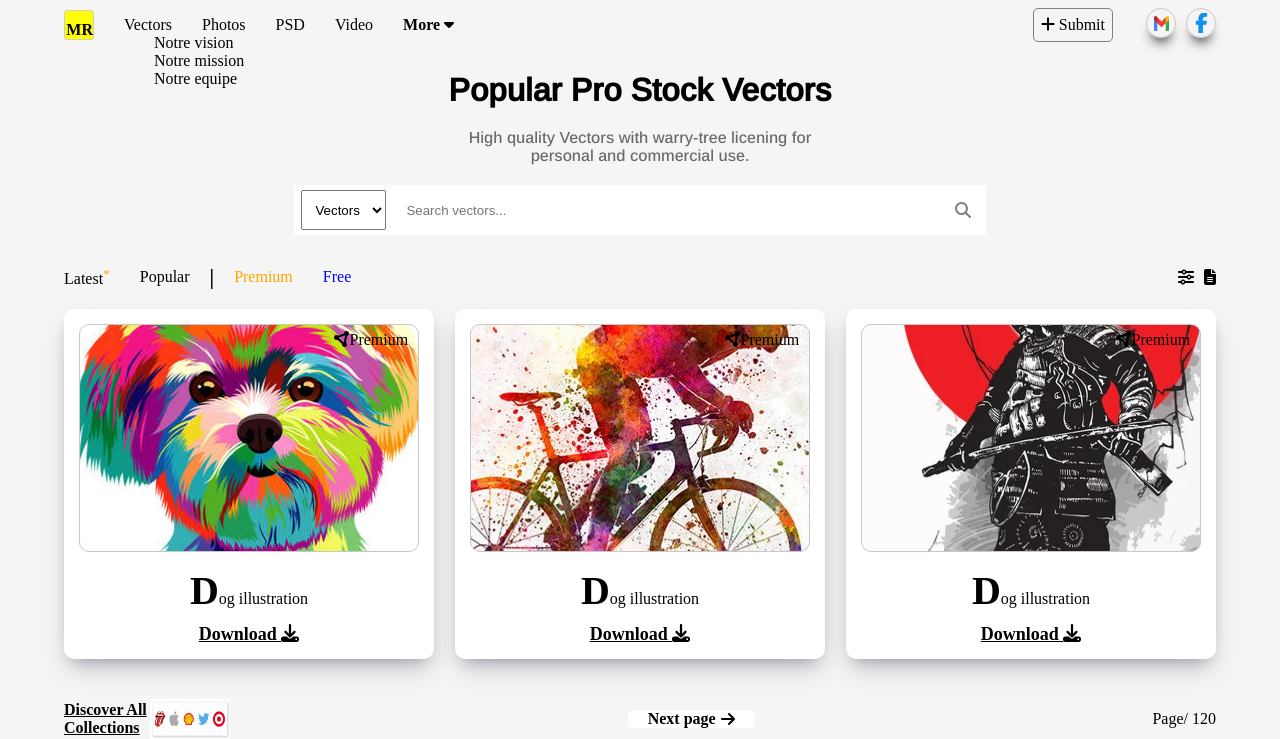
Repository: kegbaDev/VectorTemplate
Page: /
An editor plug-in stored every save of this project. The page is shown before and after a run of saves, followed by the edit.
The browser window is 1280 px wide. The pictures show the whole page.
The project was rebuilt for these pictures with package versions that can differ from the ones it lists, and the page was loaded fresh each time. Also part of the build but not shown: vite.config.js.

Above is the page before, as saved 2023-04-14 01:48:13.

### index.html
<!DOCTYPE html>
<html lang="en">
  <head>
    <meta charset="UTF-8" />
    <link rel="icon" href="/favicon.ico" />
    <meta name="viewport" content="width=device-width, initial-scale=1.0" />
    <title>Vite App</title>
  </head>
  <body style="background-color: rgb(245, 245, 245)">
    <div id="app"></div>
    <script type="module" src="/src/main.js"></script>
  </body>
</html>

### src/main.js
import { createApp } from 'vue'
import App from './App.vue'

// fontawesome importation
import '@fortawesome/fontawesome-free/css/all.css'
import '@fortawesome/fontawesome-free/js/all.js'

createApp(App).mount('#app')

### src/App.vue
<template>
<div class="wrapper">
  <div class="navbar">
    <div class="left bounce">
      <div class="logo">MR</div>
      <ul>
        <li>
          Vectors
          <div class="sous_menu">
            <ul class="liens">
              <li class="lien">Notre vision</li>
              <li class="lien">Notre mission</li>
              <li class="lien">Notre equipe</li>
            </ul>
          </div>
        </li>
        <li>Photos</li>
        <li>PSD</li>
        <li>Video</li>
        <li><span class="more" >More</span><i class="fa-solid fa-caret-down"></i></li>
      </ul>
    </div>
    <div class="right">
      <div class="submit">
        <i class="fa-solid fa-plus"></i>
        Submit
      </div>
      <div class="logo_collection">
        <div class="logo_card">
          <img src="./assets/gmail-logo-16.png" alt="google-icon" width="15px" height="15px">
        </div>
        <div class="logo_card">
          <i class="fa-brands fa-facebook-f" style="color: #1191ee; width: 25px;height: 20px;"></i>
        </div>
      </div>
    </div>
  </div>


  <!-- Second component -->


  <div class="text_section">
    <h1 class="title slideInUp">Popular Pro Stock Vectors</h1>
    <p class="paragraph slideInUp">
      High quality Vectors with warry-tree licening for <br>
      personal and commercial use.
    </p>
    <div class="input_card slideInRight">
      <select name="" id="">
        <option value="value1">Vectors</option>
        <option value="value2">Vectors</option>
      </select>
      <input type="text" placeholder="Search vectors... ">
      <i class="fa-solid fa-magnifying-glass" style="color: grey; margin-right: 15px;"></i>
    </div>
  </div>

  <!-- Third component -->

  <div class="row">
    <div class="left-row">
      <ul>
        <li>Latest<sup style="color:orange">*</sup></li>
        <li>Popular</li>
      </ul>
      <span class="pipe">
        |
      </span>
      <ul>
        <li style="color:orange">Premium</li>
        <li style="color:blue">Free</li>
      </ul>
    </div>
    <div class="right-row">
      <i class="fa-solid fa-sliders"></i>
      <i class="fa-solid fa-file-lines"></i>
    </div>
  </div>

  <!-- Fourth component  -->

  <div class="card_content slideInUp">
    <div class="main_card">
      <div class="image_and_text_space">
        <i class="fa-solid fa-circle-nodes"></i>Premium
      </div>
      <p style="margin-bottom: 10px;"><span style="text-transform: uppercase; font-weight: bolder; font-size: 40px;">D</span>og illustration</p>
      <p class="download">Download <i class="fa-solid fa-download"></i></p>
    </div>
    <div class="main_card">
      <div class="image_and_text_space2">
        <i class="fa-solid fa-circle-nodes"></i>Premium
      </div>
      <p style="margin-bottom: 10px;"><span style="text-transform: uppercase; font-weight: bolder; font-size: 40px;">D</span>og illustration</p>
      <p class="download">Download <i class="fa-solid fa-download"></i></p>
    </div>
    <div class="main_card">
      <div class="image_and_text_space3">
        <!-- <img src="./assets/154416(1).svg" width="209px" height="300px" alt=""> -->
        <i class="fa-solid fa-circle-nodes"></i>Premium
      </div>
      <p style="margin-bottom: 10px;"><span style="text-transform: uppercase; font-weight: bolder; font-size: 40px;">D</span>og illustration</p>
      <p class="download">Download <i class="fa-solid fa-download"></i></p>
    </div>
    <!-- <div class="main_card">
      <div class="image_and_text_space">
        Premium
      </div>
      <p>Dog illustration</p>
      <p class="download">Download<i class="fa-solid fa-download"></i></p>
    </div>
    <div class="main_card">
      <div class="image_and_text_space">
        Premium
      </div>
      <p>Dog illustration</p>
      <p class="download">Download<i class="fa-solid fa-download"></i></p>
    </div> -->
  </div>

  <!-- Last component -->
  <div class="last_row">
    <div class="start">
      <div class="part">
        Discover All <br>
        Collections
      </div>
      <img src="./assets/imagesfinal.jpg" alt="" style="width: 80px; height: 40px;">
    </div>
    <div class="between">
      Next page <i class="fa-solid fa-arrow-right"></i>
    </div>
    <div class="end">
      Page/ 120
    </div>
  </div>
</div>




</template>

<script setup>

</script>


<style scoped>
@import url('https://fonts.googleapis.com/css2?family=Arimo:wght@500&display=swap');
.wrapper{
  height: 100vh;
  width: 90vw;
  margin:auto;
}
*{
  padding: 0px;
  margin: 0px;
  box-sizing: border-box;
  /* font-family: 'Arimo', sans-serif; */
}
.left{
  display: flex;
  align-items: center;
}

ul{
  list-style: none;
  display: flex;
  gap: 30px;
  margin-left: 30px;
}
ul li{
  cursor: pointer;
}
.more{
  font-weight: bolder;
  padding-right: 4px;
}
.logo{
  width: 30px;
  height: 30px;
  border: 1px solid rgb(214, 201, 201);
  background-color: yellow;
  font-weight: bolder;
  display: flex;
  justify-content: end;
  align-items: end;
  border-radius: 3px;
  cursor: pointer;
}
.navbar{
  display: flex;
  justify-content: space-between;
}
.right{
  display: flex;
  gap: 3px;
}
.submit{
  border: 1px solid gray;
  padding: 7px;
  margin-right: 30px;
  border-radius: 5px;
  background-color: rgba(234, 233, 233, 0.03);
  cursor: pointer;
  transition: all 400ms ease-in-out;
}
.submit:hover{
  background-color: yellow;
  /* font-weight: bolder; */
  scale: 1.1;
}
.logo_collection{
  display: flex;
  gap: 10px;
}
.logo_card{
  width: 30px;
  height: 30px;
  border: 1px solid black;
  display: flex;
  align-items: center;
  justify-content: center;
  border-radius: 50%;
  border-color: rgb(202, 198, 198);
  -webkit-box-shadow: 0px 10px 13px -7px #000000, -2px -2px 15px 6px rgba(26,17,18,0);
  box-shadow: 0px 10px 13px -7px #000000, -2px -2px 15px 6px rgba(26,17,18,0);
  cursor: pointer;transition: all 300ms ease-in-out;

}
.logo_card:hover{
  -webkit-box-shadow: 0px 10px 13px -7px #000000, -2px -2px 15px 6px rgba(26,17,18,0);
  box-shadow: 0px 10px 13px -7px #000000, -2px -2px 15px 6px rgba(26,17,18,0);
  scale: 1.2;

}

              /* Menu deroulant */
.sous_menu .liens{
  position: absolute;
  display: block;
  background-color: ;
}

              /* Menu deroulant */

/* Second composant */

.text_section{
  margin: 30px auto;
  text-align: center;
}
.title{
  font-family: 'Arimo', sans-serif;
  margin-bottom: 20px;
}
.paragraph{
  font-family: 'Arimo', sans-serif;
  margin-bottom: 20px;
  color: rgb(107, 106, 106);
}
.input_card{
  width: 60%;
  height: 50px;
  background-color: white;
  margin: auto;
  display: flex;
  align-items: center;
  border-radius: 2px;
}
input{
  width: 100%;
  padding-left: 20px;
  border: none;
}
input, select{
  height: 40px;
}
select{
  padding: 9px;
  margin-left: 7px;
}

/* Third component */
.row{
  display: flex;
  justify-content: space-between;
  margin-bottom: 20px;
}
.left-row ul{
  margin: 0px;
  padding: 0px;
  display: flex;
  align-items: center;
}
.left-row, .right-row{
  display: flex;
  align-items: center;
}
.pipe{
  margin: 0px 20px;
}

.pipe{
  font-weight: bolder;
  font-size: 1.3em;
}
.right-row{
  gap: 10px;
}

/* Fourth component */

.card_content{
  display: flex;
  justify-content: space-between;
}
.main_card{
  min-width: 370px;
  min-height: 350px;
  /* border: 1px solid black; */
  border-radius: 10px;
  background-color: white;
  box-shadow: rgba(50, 50, 93, 0.25) 0px 13px 27px -5px, rgba(0, 0, 0, 0.3) 0px 8px 16px -8px;
  padding-bottom: 25px;
  cursor: pointer;
  transition: all 400ms ease-in-out;
}
.main_card:hover{
  scale: 1.02;
}
.main_card p{
  text-align: center;
}
.download{
  font-weight: bolder;
  text-decoration: underline;
  font-size: large;
}
.image_and_text_space{
  padding-top: 6px;
  padding-right: 10px;
  text-align: end;
  height: 70%;
  width: 92%;
  border: 1px solid rgb(201, 199, 199);
  border-radius: 10px;
  margin: 15px auto;
  background-image: url(./assets/chien_color.jpg);
  background-repeat: no-repeat;
  background-position: center;
}
.image_and_text_space2{
  background-image: url(./assets/velo.jpg) !important;
  padding-top: 6px;
  padding-right: 10px;
  text-align: end;
  height: 70%;
  width: 92%;
  border: 1px solid rgb(201, 199, 199);
  border-radius: 10px;
  margin: 15px auto;
  background-repeat: no-repeat;
  background-position: center;
}
.image_and_text_space3{
  background-image: url(./assets/sa.webp) !important;
  padding-top: 6px;
  padding-right: 10px;
  text-align: end;
  height: 70%;
  width: 92%;
  border: 1px solid rgb(201, 199, 199);
  border-radius: 10px;
  margin: 15px auto;
  background-repeat: no-repeat;
  /* object-fit: contain; */
  background-position: center;
}

/* Animation */

.bounce {
  -webkit-animation-name: bounce;
  animation-name: bounce;
  -webkit-transform-origin: center bottom;
  -ms-transform-origin: center bottom;
  transform-origin: center bottom;
  -webkit-animation-duration: 1s;
  animation-duration: 1s;
  -webkit-animation-fill-mode: both;
  animation-fill-mode: both;
  }
  @-webkit-keyframes bounce {
  0%, 20%, 53%, 80%, 100% {
  -webkit-transition-timing-function: cubic-bezier(0.215, 0.610, 0.355, 1.000);
  transition-timing-function: cubic-bezier(0.215, 0.610, 0.355, 1.000);
  -webkit-transform: translate3d(0,0,0);
  transform: translate3d(0,0,0);
  }
  40%, 43% {
  -webkit-transition-timing-function: cubic-bezier(0.755, 0.050, 0.855, 0.060);
  transition-timing-function: cubic-bezier(0.755, 0.050, 0.855, 0.060);
  -webkit-transform: translate3d(0, -30px, 0);
  transform: translate3d(0, -30px, 0);
  }
  70% {
  -webkit-transition-timing-function: cubic-bezier(0.755, 0.050, 0.855, 0.060);
  transition-timing-function: cubic-bezier(0.755, 0.050, 0.855, 0.060);
  -webkit-transform: translate3d(0, -15px, 0);
  transform: translate3d(0, -15px, 0);
  }
  90% {
  -webkit-transform: translate3d(0,-4px,0);
  transform: translate3d(0,-4px,0);
  }
  }

  @keyframes bounce {
  0%, 20%, 53%, 80%, 100% {
  -webkit-transition-timing-function: cubic-bezier(0.215, 0.610, 0.355, 1.000);
  transition-timing-function: cubic-bezier(0.215, 0.610, 0.355, 1.000);
  -webkit-transform: translate3d(0,0,0);
  transform: translate3d(0,0,0);
  }
  40%, 43% {
  -webkit-transition-timing-function: cubic-bezier(0.755, 0.050, 0.855, 0.060);
  transition-timing-function: cubic-bezier(0.755, 0.050, 0.855, 0.060);
  -webkit-transform: translate3d(0, -30px, 0);
  transform: translate3d(0, -30px, 0);
  }
  70% {
  -webkit-transition-timing-function: cubic-bezier(0.755, 0.050, 0.855, 0.060);
  transition-timing-function: cubic-bezier(0.755, 0.050, 0.855, 0.060);
  -webkit-transform: translate3d(0, -15px, 0);
  transform: translate3d(0, -15px, 0);
  }
  90% { -webkit-transform: translate3d(0,-4px,0); transform: translate3d(0,-4px,0);
  }
}
.slideInUp {
  -webkit-animation-name: slideInUp;
  animation-name: slideInUp;
  -webkit-animation-duration: 1s;
  animation-duration: 1s;
  -webkit-animation-fill-mode: both;
  animation-fill-mode: both;
  }
  @-webkit-keyframes slideInUp {
  0% {
  -webkit-transform: translateY(100%);
  transform: translateY(100%);
  visibility: visible;
  }
  100% {
  -webkit-transform: translateY(0);
  transform: translateY(0);
  }
  }
  @keyframes slideInUp {
  0% {
  -webkit-transform: translateY(100%);
  transform: translateY(100%);
  visibility: visible;
  }
  100% {
  -webkit-transform: translateY(0);
  transform: translateY(0);
  }
}

.slideInRight {
  -webkit-animation-name: slideInRight;
  animation-name: slideInRight;
  -webkit-animation-duration: 1s;
  animation-duration: 1s;
  -webkit-animation-fill-mode: both;
  animation-fill-mode: both;
  }
  @-webkit-keyframes slideInRight {
  0% {
  -webkit-transform: translateX(100%);
  transform: translateX(100%);
  visibility: visible;
  }
  100% {
  -webkit-transform: translateX(0);
  transform: translateX(0);
  }
  }
  @keyframes slideInRight {
  0% {
  -webkit-transform: translateX(100%);
  transform: translateX(100%);
  visibility: visible;
  }
  100% {
  -webkit-transform: translateX(0);
  transform: translateX(0);
  }
  }

.slideInUp {
  -webkit-animation-name: slideInUp;
  animation-name: slideInUp;
  -webkit-animation-duration: 1s;
  animation-duration: 1s;
  -webkit-animation-fill-mode: both;
  animation-fill-mode: both;
  }
  @-webkit-keyframes slideInUp {
  0% {
  -webkit-transform: translateY(100%);
  transform: translateY(100%);
  visibility: visible;
  }
  100% {
  -webkit-transform: translateY(0);
  transform: translateY(0);
  }
  }
  @keyframes slideInUp {
  0% {
  -webkit-transform: translateY(100%);
  transform: translateY(100%);
  visibility: visible;
  }
  100% {
  -webkit-transform: translateY(0);
  transform: translateY(0);
  }
}

/* Animation */

/* last component */

.last_row{
  margin-top: 40px;
  margin-bottom: 40px;
  display: flex;
  justify-content: space-between;
  align-items: center;
}
.between{
  font-weight: bolder;
  padding: 0px 20px;
  background-color: white;
  border-radius: 5px;
  display: flex;
  justify-content: center;
  align-items: center;
  gap: 5px;
}
.start{
  display: flex;
  align-items: center;
  gap: 3px;
  text-decoration: underline;
  font-weight: bold;
}
</style>

After the next 2 saves:
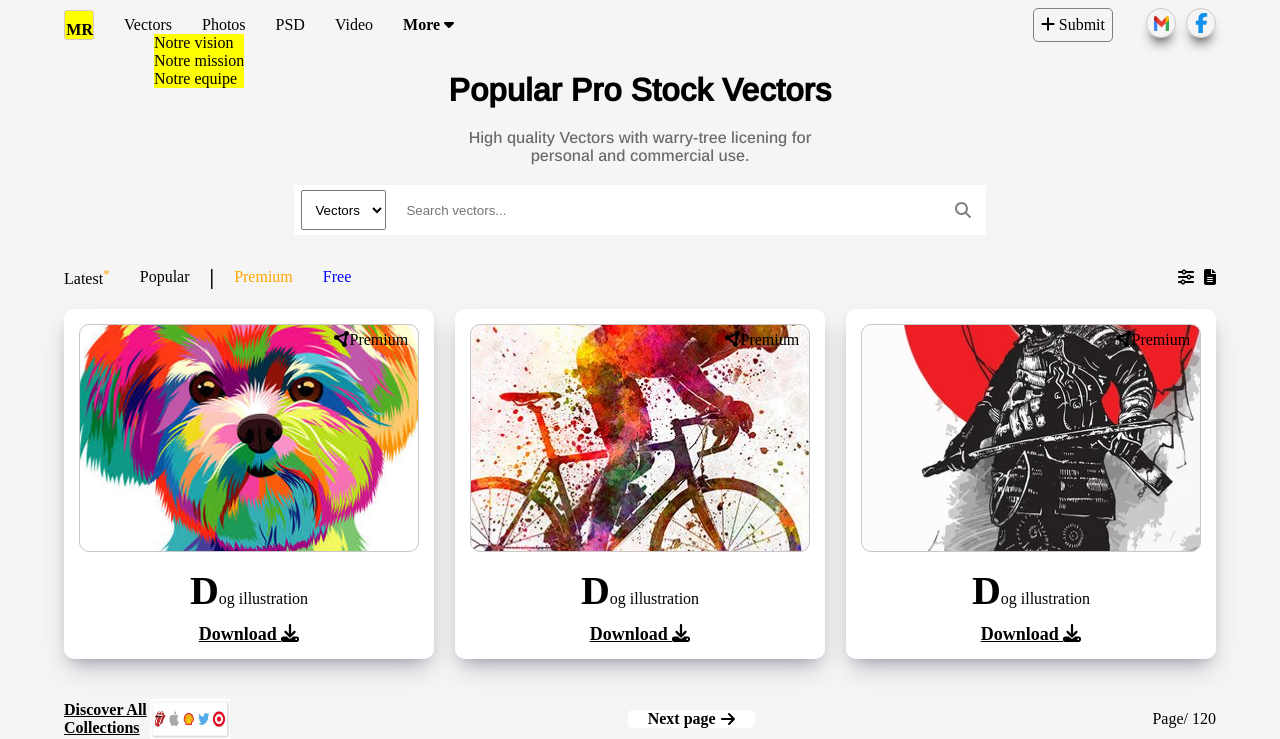
The 2 saves are shown as one change because they came seconds apart.
The last was saved 7 s later.
--- a/src/App.vue
+++ b/src/App.vue
@@ -241,7 +241,7 @@ ul li{
 .sous_menu .liens{
   position: absolute;
   display: block;
-  background-color: ;
+  background-color: yellow;
 }
 
               /* Menu deroulant */
